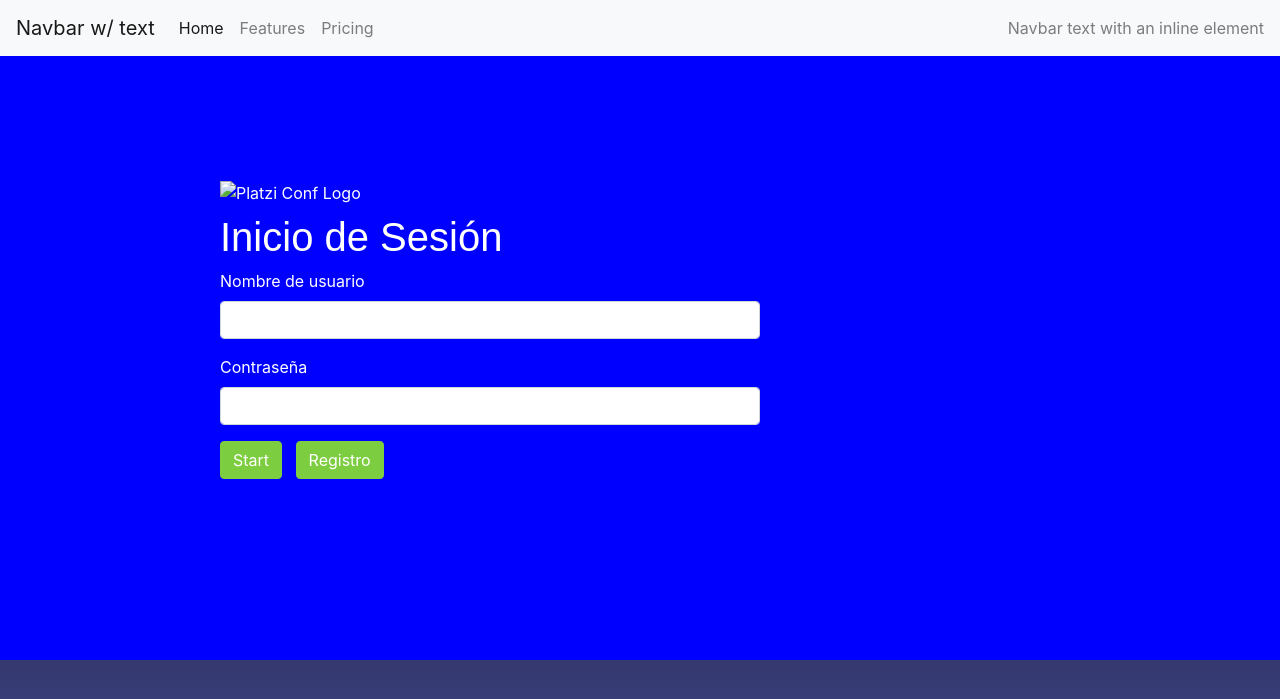
Repository: CristianPalta1/pages_react
Page: /
The author's editor kept a copy of each file at every save. The page is drawn from the files as they stood at one save, then again after the next save.
The browser window is 1280 px wide. The pictures show the whole page.
The project was rebuilt for these pictures with package versions that can differ from the ones it lists, and the page was loaded fresh each time. Also part of the build but not shown: src/components/styles/Navbar.css, src/components/Container.jsx, src/pages/Dashboard.jsx, src/pages/IngresoDoc.jsx, src/pages/NotifiDoc.jsx, src/pages/styles/Badges.css, src/components/Registros.jsx, src/components/styles/BadgesList.css and 7 more.

Above is the page before, as saved 2019-08-29 15:00:10.

### src/index.js
import React from 'react';
import ReactDOM from 'react-dom';
import './index.css';
import 'bootstrap/dist/css/bootstrap.css'

import App from './components/App';
import * as serviceWorker from './serviceWorker';

ReactDOM.render(<App />, document.getElementById('root'));



// If you want your app to work offline and load faster, you can change
// unregister() to register() below. Note this comes with some pitfalls.
// Learn more about service workers: https://bit.ly/CRA-PWA
serviceWorker.unregister();

### src/index.css
body {
  margin: 0;
  font-family: -apple-system, BlinkMacSystemFont, "Segoe UI", "Roboto", "Oxygen",
    "Ubuntu", "Cantarell", "Fira Sans", "Droid Sans", "Helvetica Neue",
    sans-serif;
  -webkit-font-smoothing: antialiased;
  -moz-osx-font-smoothing: grayscale;
}

code {
  font-family: source-code-pro, Menlo, Monaco, Consolas, "Courier New",
    monospace;
}


@import url('https://fonts.googleapis.com/css?family=Lato:300,400,700');
@import url('https://fonts.googleapis.com/css?family=Anton');


* {
  -webkit-font-smoothing: antialiased;
  -moz-osx-font-smoothing: grayscale;
}

body {
  font-family: 'Lato', 'Helvetica Neue', sans-serif;
  background-color: #F4F4F7;
}

h1 {
  font-family: 'Anton', sans-serif;
}

a.link-unstyled {
  color: inherit;
}

a.link-unstyled:hover {
  color: inherit;
  text-decoration: none;
}

.btn {
  padding: 0.375rem 2rem;
}

.btn.btn-primary {
  color: #fff;
  background-color: #7DCD40;
  border-color: #7DCD40;
}

.btn.btn-primary:not(:disabled):not(.disabled):hover {
  color: #fff;
  background-color: #7DCD40;
  border-color: #7DCD40;
}

.btn.btn-primary:not(:disabled):not(.disabled):active {
  color: #fff;
  background-color: #7DCD40;
  border-color: #7DCD40;
}

.btn.btn-primary:not(:disabled):not(.disabled):focus {
  box-shadow: 0 0 0 0.2rem rgba(125, 205, 64, 0.5);
}

.btn.btn-danger {
  color: #fff;
  background-color: #CD4040;
  border-color: #CD4040;
}

.btn.btn-danger:not(:disabled):not(.disabled):hover {
  color: #fff;
  background-color: #CD4040;
  border-color: #CD4040;
}

.btn.btn-danger:not(:disabled):not(.disabled):active {
  color: #fff;
  background-color: #CD4040;
  border-color: #CD4040;
}

.btn.btn-danger:not(:disabled):not(.disabled):focus {
  box-shadow: 0 0 0 0.2rem rgba(255, 64, 64, 0.5);
}

### src/components/App.js


import React from 'react';
import { BrowserRouter, Switch, Route } from 'react-router-dom';

// import logo from './logo.svg';
// import './App.css';
// import Navbar from "./Navbar";
// import Carousel from './Carousel';
// import Badge from './Badge';
// import Forms from './Forms';
import Layout from './Layout';
import Inicio from '../pages/Inicio';
import Dashboard from '../pages/Dashboard';
import IngresoDoc from '../pages/IngresoDoc';
import NotificDoc from '../pages/NotifiDoc';
import Registro from '../pages/Registro';
import Loader from '../pages/Loader'
import NotFound from '../pages/NotFound';

function App() {
  return (
    <BrowserRouter>
      <Layout>
        <Switch>
          <Route exact path="/" component={Inicio} />
          <Route exact path="/Dashboard" component={Dashboard} />
          <Route exact path="/Registro_Usuarios" component={Registro} />
          <Route exact path="/Dashboard/Ingreso_Documentos" component={IngresoDoc} />
          <Route exact path="/Dashboard/Notificacion_Documentos" component={NotificDoc} />
          <Route exact path="/Dashboard/Datos_Api" component={Loader} />
          <Route component={NotFound} />
        </Switch>
      </Layout>
    </BrowserRouter>

  );
}

export default App;

### src/pages/Inicio.jsx
//Aqui mostrare el formulario de inicio de sesión

import React, { Component } from "react";
// import { Link } from "react-router-dom";

import "./styles/Home.css";
import Forms from "../components/Forms";

class Inicio extends Component {
  //Debo inicializar mi estado, como objeto vacio
  state = {
    form: {
        Name: '',
        Pass: ''
    }
  };

  handleChange = e => {
    //Para ver el valor del inpunt see escribe value:e.target.value
    //tambien funciona con el input para saber que es name:e.target.name

    // const nextForm = this.state.form
    // nextForm[e.target.name] =  e.target.value;

    this.setState({
      // form: nextForm,
      //Esto es lo que va a hacer es que cada campo, se guardada en su respectivo input
      form: {
        ...this.state.form,
        [e.target.name]: e.target.value
      }
    });
  };

  //Evento para saber que sucedio al hacer click en el boton
  handleClick = e => {
    console.log("Boton Oprimido");
  };

  //El boton es de tipo submit, si no quiero que eso pase porque recarga la pagina,
  //debo espicicar el tipo de boton. En este caso tipo button
  handleSubmit = e => {
    e.preventDefault();
    console.log("Formulario ha sido Enviado");
    console.log(this.state.form);
  };

  render() {
    return (
      <div className="Home">
        <div className="container">
          <div className="row">
            <div className="col-8">
              <Forms
              onChange={this.handleChange}
              formValues = {this.state.form}/>
            </div>
            <div className="col-4">
              jojoj
            </div>
          </div>
        </div>
      </div>
    );
  }
}

export default Inicio;

### src/components/Navbar.jsx
import React from "react";
import { Link } from "react-router-dom";
import "./styles/Navbar.css";

// import './styles/Navbar.css';
// import logo from '../images/logo.svg';

class Navbar extends React.Component {
  render() {
    return (
      <nav className="navbar navbar-expand-lg navbar-light bg-light fixed-top" role="navigation">
        <a className="navbar-brand" href="#">
          Navbar w/ text
        </a>
        <button
          className="navbar-toggler"
          type="button"
          data-toggle="collapse"
          data-target="#navbarText"
          aria-controls="navbarText"
          aria-expanded="false"
          aria-label="Toggle navigation"
        >
          <span className="navbar-toggler-icon"></span>
        </button>
        <div className="collapse navbar-collapse" id="navbarText">
          <ul className="navbar-nav mr-auto">
            <li className="nav-item active">
              <a className="nav-link" href="#">
                Home <span className="sr-only">(current)</span>
              </a>
            </li>
            <li className="nav-item">
              <a className="nav-link" href="#">
                Features
              </a>
            </li>
            <li className="nav-item">
              <a className="nav-link" href="#">
                Pricing
              </a>
            </li>
          </ul>
          <span className="navbar-text">Navbar text with an inline element</span>
        </div>
      </nav>
    );
  }
}

export default Navbar;

### src/pages/styles/Home.css
.Home {
  width: 100%;
  min-height: calc(100vh - 60px);
  background: #0000ff;
  /* background: url('../../images/stars.svg'), #1B1B25; */
  background-repeat: repeat;

  color: #ffffff;

  display: flex;
  align-items: center;
}

.Home__col {
  display: flex;
  flex-direction: column;
  justify-content: center;
  align-items: center;
}

@media screen and (min-width: 768px) {
  .Home__col {
    align-items: flex-start;
  }
}

### src/components/Forms.jsx
import React from 'react';
import { Link } from "react-router-dom";

import "./styles/Home.css";

class Forms extends React.Component {

//   state = {
//     Name: '',
//     Pass: ''
// };

  handleChange = e => {
    //Para ver el valor del inpunt see escribe value:e.target.value
    //tambien funciona con el input para saber que es name:e.target.name
  }

  //Evento para saber que sucedio al hacer click en el boton
  handleClick = e => {
    console.log('Boton Oprimido');
  };


  //El boton es de tipo submit, si no quiero que eso pase porque recarga la pagina,
  //debo espicicar el tipo de boton. En este caso tipo button
  handleSubmit = e => {
    e.preventDefault();
    console.log('Formulario ha sido Enviado');
    console.log(this.props.formValues);
  };

  render() {
    return (
      <div className="Home">
        <div className="container">
          {/* <div className="row"> */}
            {/* <div className="Home__col col-12 col-md-4"> */}
              <img
                // src={platziconfLogoImage}
                alt="Platzi Conf Logo"
                className="img-fluid mb-2"
              />

              <h1>Inicio de Sesión</h1>

              <form onSubmit={this.handleSubmit}>
                <div className="form-group">
                  <label>Nombre de usuario</label>
                  <input
                    onChange={this.props.onChange}
                    className="form-control"
                    type="text"
                    name="Name"
                    value={this.props.formValues.Name}
                  />
                </div>

                <div className="form-group">
                  <label>Contraseña</label>
                  <input
                    onChange={this.props.onChange}
                    className="form-control"
                    type="password"
                    name="Pass"
                    value={this.props.formValues.Pass}
                  />
                </div>
                <Link
                  onClick={this.handleClick}
                  className="btn btn-primary"
                  to="/Dashboard">
                  Start
                </Link>
                &nbsp;&nbsp;&nbsp;
                <Link
                className="btn btn-primary"
                to="/Registro_Usuarios">
                  Registro
                </Link>
              </form>

            {/* </div> */}

            {/* <div className="Home__col d-none d-md-block col-md-8">
              <img
                // src={astronautsImage}
                alt="Astronauts"
                className="img-fluid p-4"
              />
            </div> */}
          {/* </div> */}
        </div>
      </div>
    );
  }
}

export default Forms;

### src/pages/styles/Api.css
* {
    box-sizing: border-box;
  }

  body {
    font-family: -apple-system, BlinkMacSystemFont, "Segoe UI", Roboto, Oxygen,
      Ubuntu, Cantarell, "Open Sans", "Helvetica Neue", sans-serif;
    color: white;
    background: rgb(22, 24, 38);
    background: linear-gradient(
      180deg,
      rgba(22, 24, 38, 1) 0%,
      rgba(22, 24, 38, 1) 40%,
      rgba(58, 62, 123, 1) 100%
    );
    background-repeat: no-repeat;
    min-height: 100vh;
  }

  .App {
    display: flex;
    flex-direction: column;
  }

  .Logo {
    align-self: center;
    max-width: 100%;
  }

  ul {
    list-style: none;
    padding-left: 0;
  }

  .container {
    width: 100%;
    max-width: 900px;
    margin: 0 auto;
  }

  .row {
    display: flex;
    flex-wrap: wrap;
  }

  .col-6 {
    padding-left: 0.5rem;
    padding-right: 0.5rem;
    flex-basis: 50%;
  }

  @media screen and (min-width: 600px) {
    .col-md-3 {
      padding-left: 0.5rem;
      padding-right: 0.5rem;
      flex-basis: 25%;
    }
  }

  .CharacterCard {
    width: 100%;
    height: 240px;
    background: white;
    background-size: cover;
    background-repeat: no-repeat;
    background-position: center;
    border-radius: 5px;
    overflow: hidden;
    margin-bottom: 1rem;
    position: relative;
  }

  .CharacterCard__name-container {
    color: white;
    position: absolute;
    bottom: 0;
    width: 100%;
    background-color: rgba(0, 0, 0, 0.7);
    padding: 1rem 0.5rem;
  }

  .text-truncate {
    text-overflow: ellipsis;
    white-space: nowrap;
    overflow: hidden;
  }

  .text-center {
    text-align: center;
  }

  button {
    background-color: #44c767;
    border-radius: 4px;
    border: 1px solid #18ab29;
    display: inline-block;
    cursor: pointer;
    color: #ffffff;
    font-size: 17px;
    padding: 16px 31px;
    text-decoration: none;
    text-shadow: 0px 1px 0px #2f6627;
  }

Loaded but not shown: public/index.html (common file); src/serviceWorker.js (common file); src/components/Layout.jsx (common file)

After the next save:
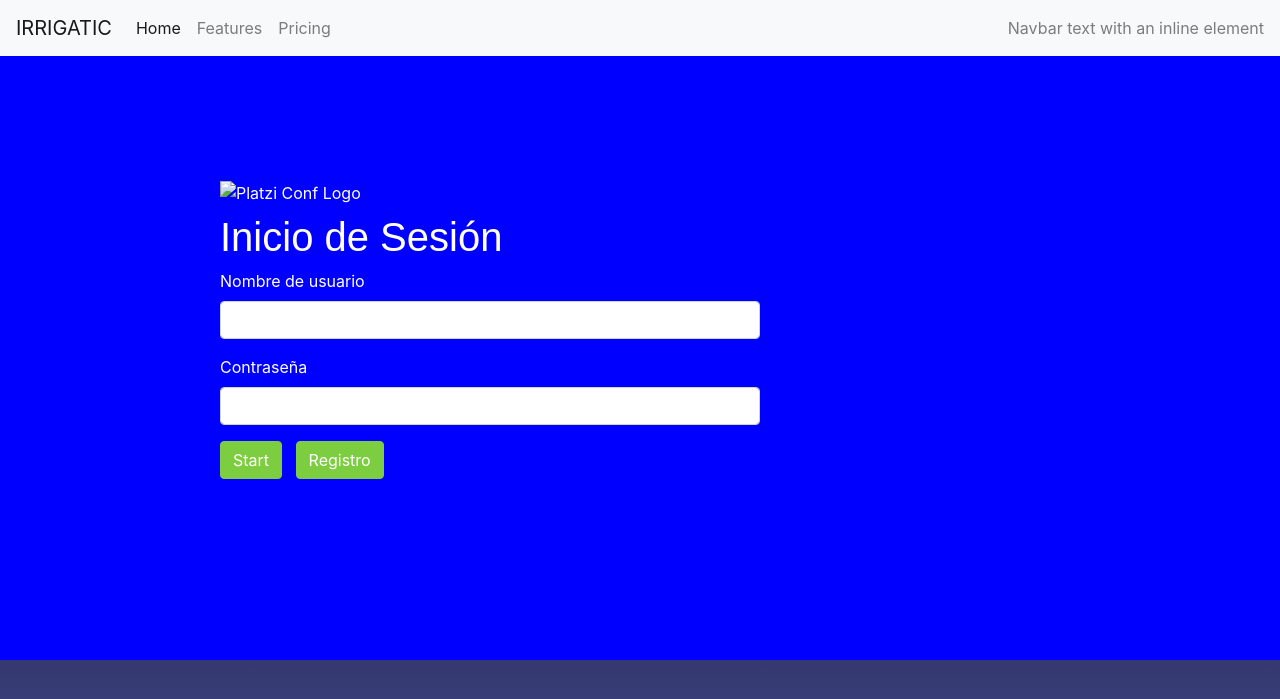
Saved 92 s later.
--- a/src/components/Navbar.jsx
+++ b/src/components/Navbar.jsx
@@ -10,7 +10,7 @@ class Navbar extends React.Component {
     return (
       <nav className="navbar navbar-expand-lg navbar-light bg-light fixed-top" role="navigation">
         <a className="navbar-brand" href="#">
-          Navbar w/ text
+          IRRIGATIC
         </a>
         <button
           className="navbar-toggler"
